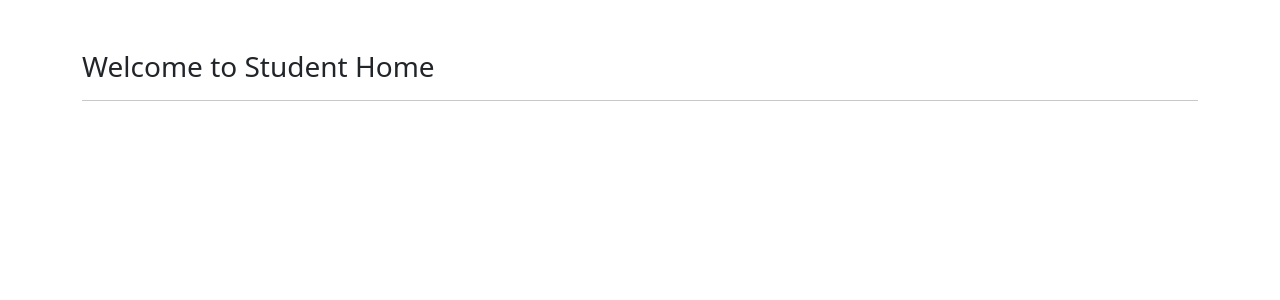
Repository: Kapil-06/My-Java-Projects
Page: http://localhost/Development_Of_Online_College_Year_Book_System/Teacher.jsp
These files come from the project's save history. The page is drawn as it stood at one moment and after the next save; the edit follows.
The browser window is 1280 px wide. The pictures show the whole page.
The page is served by Tomcat 10. Other server files are loaded and not shown.

Above is the page before, as saved 2023-06-05 08:18:47.

### Development_Of_Online_College_Year_Book_System/src/main/webapp/Teacher.jsp
<%@ page language="java" contentType="text/html; charset=ISO-8859-1"
    pageEncoding="ISO-8859-1"%>
<!DOCTYPE html>
<html>
<head>
<meta charset="ISO-8859-1">
<title>teacherLogin</title>
<link rel="stylesheet" href="bootstrap.min.css">
</head>
<body style="margin-top: 50px;">
    <div class="container">
        <h3>Welcome to Student Home</h3>
        <hr>


    </div>

</body>
</html>

Loaded but not shown: Development_Of_Online_College_Year_Book_System/src/main/webapp/bootstrap.min.css (library)

After the next save:
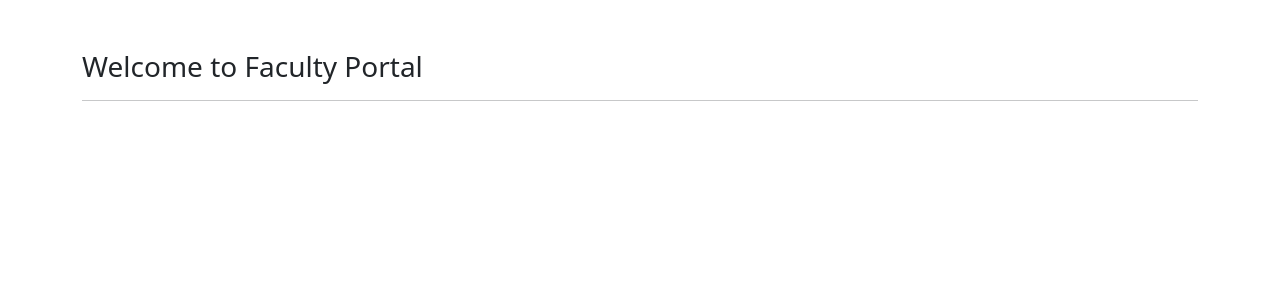
Saved 20 s later.
--- a/Development_Of_Online_College_Year_Book_System/src/main/webapp/Teacher.jsp
+++ b/Development_Of_Online_College_Year_Book_System/src/main/webapp/Teacher.jsp
@@ -9,7 +9,7 @@
 </head>
 <body style="margin-top: 50px;">
     <div class="container">
-        <h3>Welcome to Student Home</h3>
+        <h3>Welcome to Faculty Portal</h3>
         <hr>
 
 
